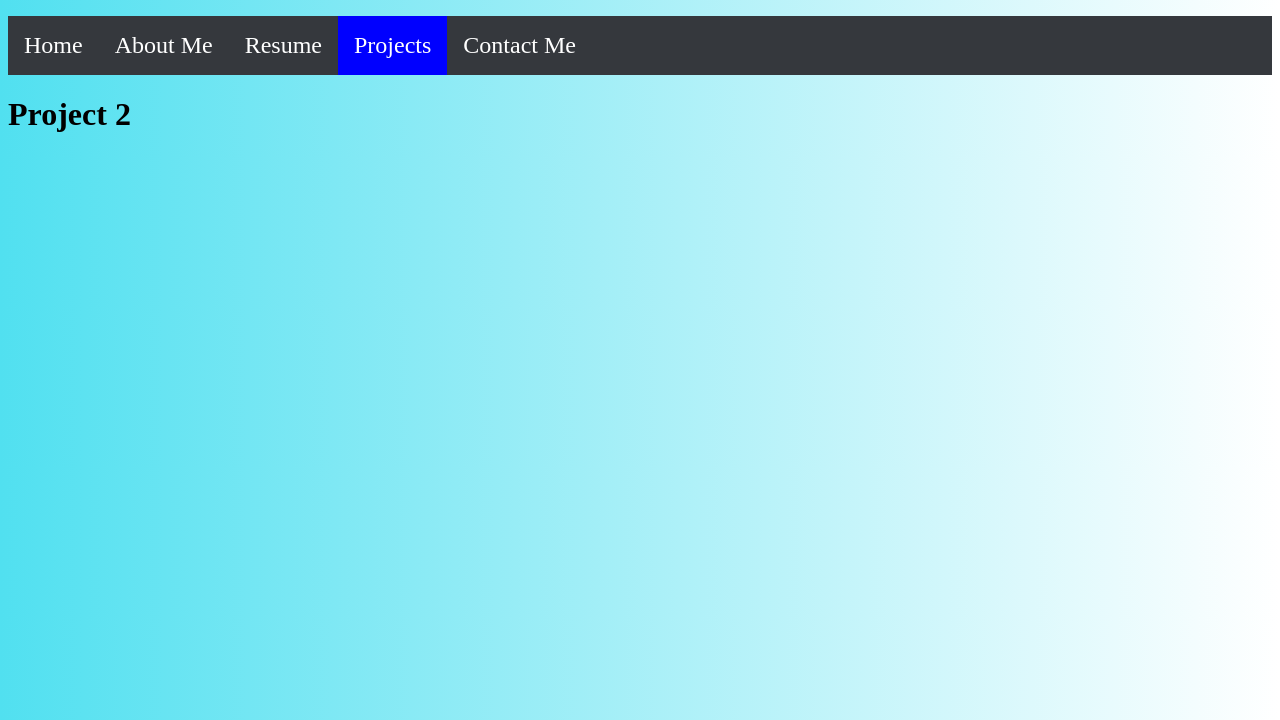
Repository: MasonSingleterry/MasonSingleterry.github.io
Page: project2.html
The author's editor kept a record of every edit. The page is drawn from the files as they stood at one moment, then again after the next edit.
The browser window is 1280 px wide. The pictures show the whole page.

Above is the page before.

### project2.html
<!DOCTYPE html>
<html>
    <head>
        <title>Project 2</title>
        <link rel = "stylesheet" type = "text/css" href = "style.css"
    </head>
    <body class = "body">
        <ul class = "navbar">
            <li><a href = "index.html">Home</a></li>
            <li><a href = "aboutme.html">About Me</a></li>
            <li><a href = "resume.html">Resume</a></li>
            <li class = "dropdown">
                <div class = "active">Projects</div>
                <ul class = "dropdown-content">
                    <li><a href = "project1.hmtl">project 1</a></li>
                    <li><a href = "project2.html">project 2</a></li>
                    <li><a href = "project3.html">project 3</a></li>
                </ul>
            </li>
            <li><a href = "contactme.html">Contact Me</a></li>
        </ul>
        <h1>Project 2</h1>
    </body>
</html>

### style.css
            .body {
                background-image: linear-gradient(90deg, #51e0f0,  #FFFFFF);
                color: #00000;
            }

            .navbar {
                list-style: none;
                background-color: #35383d;
                overflow: hidden;
                padding: 0;
            }

            .navbar a, .dropdown div {
                text-decoration: none;
                color: #ffffff;
                font-size: 24px;
                padding: 16px;
                display: inline-block;
            }

            .navbar li {
                float: left;
            }

            .navbar li:hover {
                background-color: #7FFF00;
            }

            .dropdown-content {
                list-style: none;
                padding: 0;
                display: none;
                position: absolute;
                Z-index: 1;
            }
            .dropdown-content li {
                background-color: #35383d;
                float: none;
            }

            .dropdown:hover .dropdown-content {
                display: block;
            }

            .active {
                background-color: blue;
            }

After the next edit:
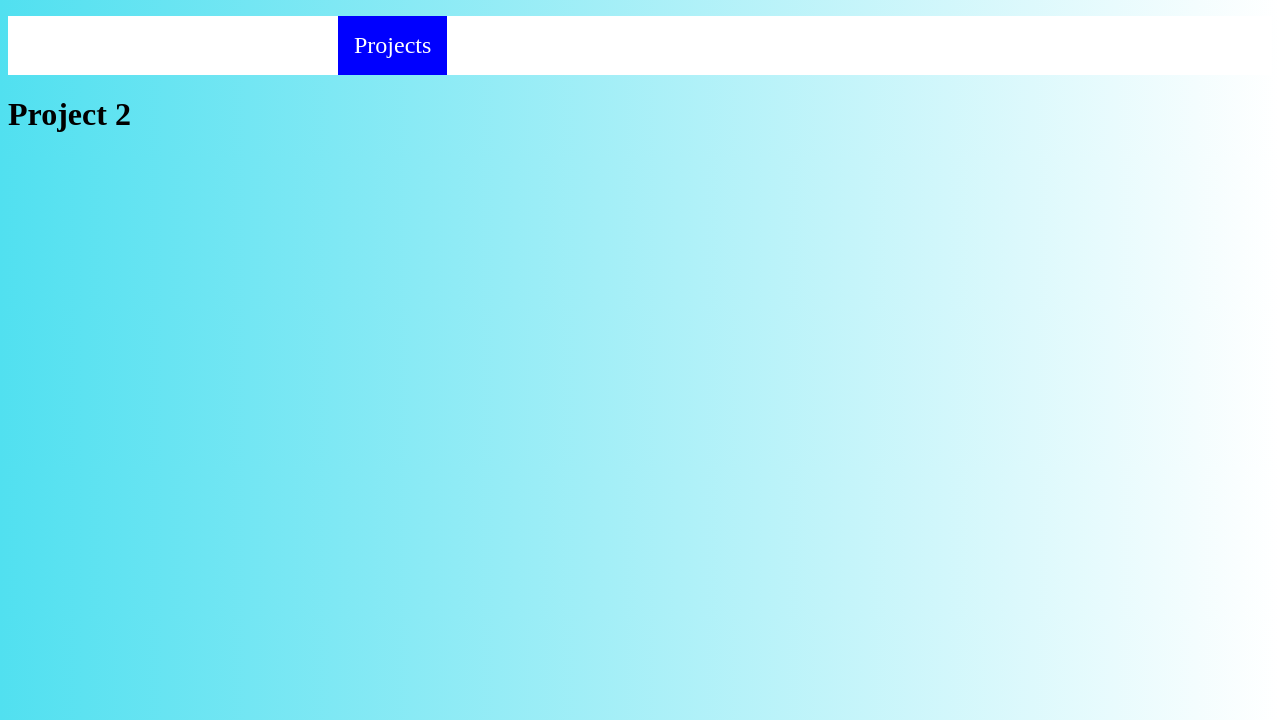
The edit:
--- a/style.css
+++ b/style.css
@@ -5,7 +5,7 @@
 
             .navbar {
                 list-style: none;
-                background-color: #35383d;
+                background-color: #FFFFFF;
                 overflow: hidden;
                 padding: 0;
             }
